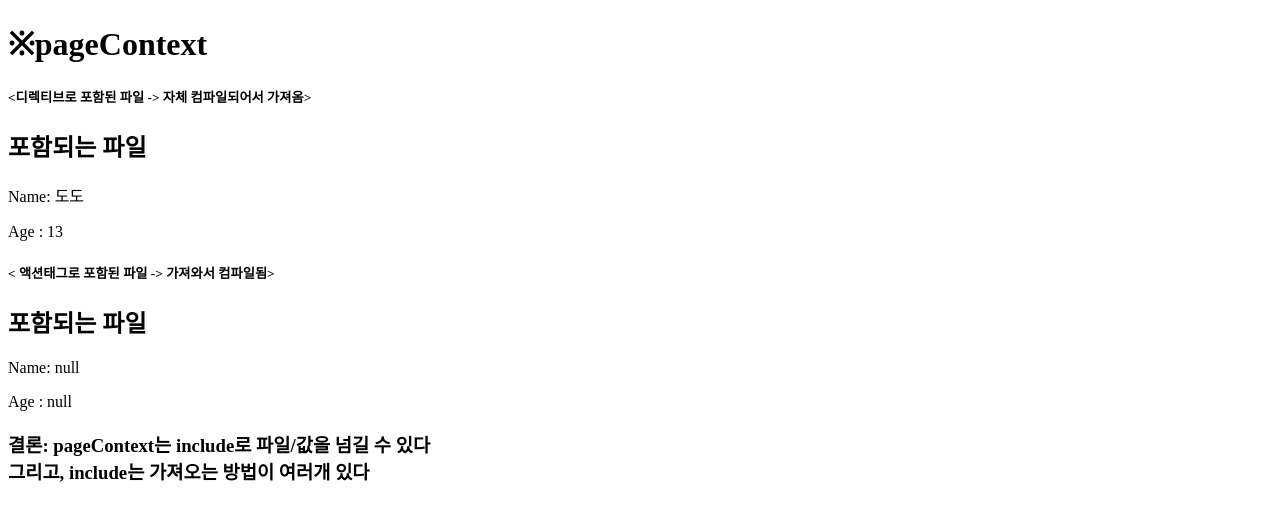
Repository: cordingdodo/javaworks2
Page: http://localhost/practice01/test09.jsp
These files come from the project's save history. The page is drawn as it stood at one moment and after the next save; the edit follows.
The browser window is 1280 px wide. The pictures show the whole page.
The page is served by Tomcat 9. Other server files are loaded and not shown.

Above is the page before, as saved 2022-10-21 03:46:58.

### practice01/WebContent/test09.jsp
<%@ page language="java" contentType="text/html; charset=UTF-8"
    pageEncoding="UTF-8"%>
<%  pageContext.setAttribute("name", "도도");
	pageContext.setAttribute("age", "13");
%>
<!DOCTYPE html>
<html>
<head>
<meta charset="UTF-8">
<title>include 받아오기</title>
</head>
<body>
	<h1>※pageContext</h1>
	<h5><디렉티브로 포함된 파일 -> 자체 컴파일되어서 가져옴></h5>
	<%@ include file="includeFile.jsp" %>
	<h5>< 액션태그로 포함된 파일 -> 가져와서 컴파일됨></h5>
	<jsp:include page="includeFile.jsp"></jsp:include>
	<h3>결론: pageContext는 include로 파일/값을 넘길 수 있다<br>
	그리고, include는 가져오는 방법이 여러개 있다</h3>

</body>
</html>

### practice01/WebContent/includeFile.jsp
<%@ page language="java" contentType="text/html; charset=UTF-8"
    pageEncoding="UTF-8"%>
<%
	String name = (String) pageContext.getAttribute("name");
	String age = (String) pageContext.getAttribute("age");
 %>
<!DOCTYPE html>
<html>
<head>
<meta charset="UTF-8">
<title>include 되는 파일 </title>
	<%
	//인클루드 , 하나 저장해서 반복적으로 쓸 거임  like 스타일 = 포함
	//<h3>결론: pageContext는 include로 파일/값을 넘길 수 있다</h3>
	%>

</head>
<body>
	<h2>포함되는 파일</h2>
	<div>
		<p>Name: <%=name %></p>
		<p>Age : <%=age %></p>
	</div>
</body>
</html>

After the next save:
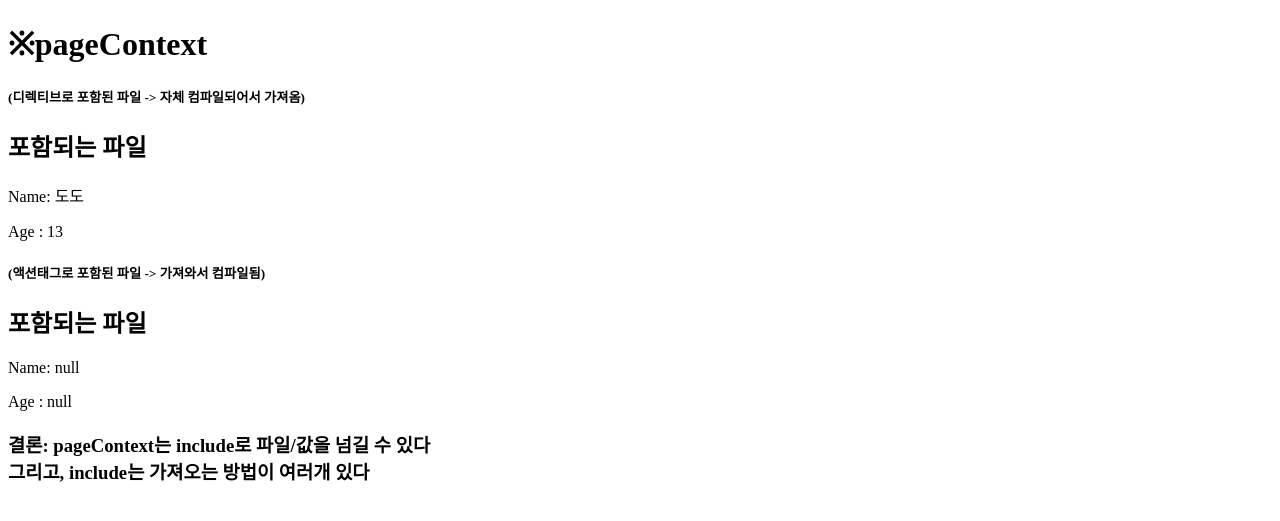
Saved 14 s later.
--- a/practice01/WebContent/test09.jsp
+++ b/practice01/WebContent/test09.jsp
@@ -11,9 +11,9 @@
 </head>
 <body>
 	<h1>※pageContext</h1>
-	<h5><디렉티브로 포함된 파일 -> 자체 컴파일되어서 가져옴></h5>
+	<h5>(디렉티브로 포함된 파일 -> 자체 컴파일되어서 가져옴)</h5>
 	<%@ include file="includeFile.jsp" %>
-	<h5>< 액션태그로 포함된 파일 -> 가져와서 컴파일됨></h5>
+	<h5>(액션태그로 포함된 파일 -> 가져와서 컴파일됨)</h5>
 	<jsp:include page="includeFile.jsp"></jsp:include>
 	<h3>결론: pageContext는 include로 파일/값을 넘길 수 있다<br>
 	그리고, include는 가져오는 방법이 여러개 있다</h3>
